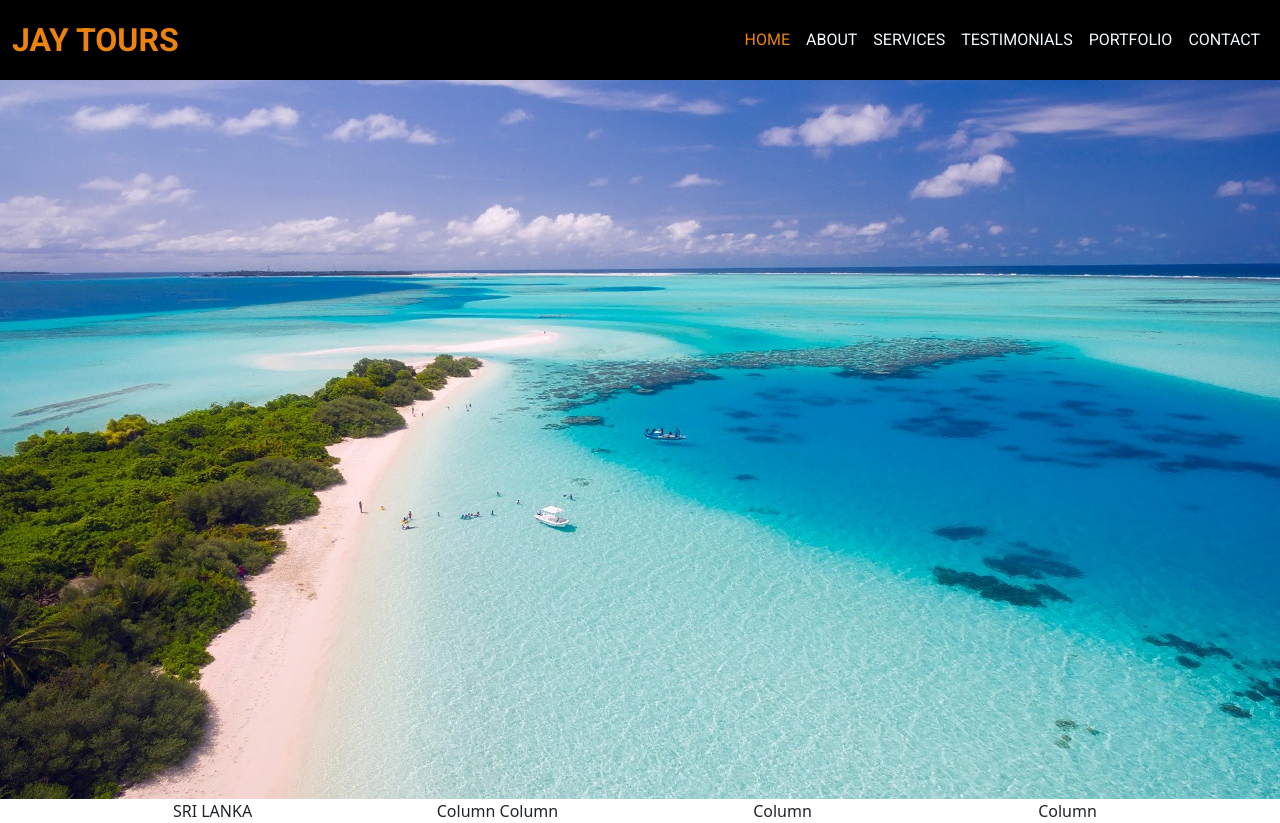
Repository: kasundiudn/Jay-Travel
Page: index.html
These files come from the project's save history. The page is drawn as it stood at one moment and after the next save; the edit follows.
The browser window is 1280 px wide. The pictures show the whole page.

Above is the page before, as saved 2025-06-26 10:09:45.

### index.html
<!doctype html>
<html lang="en">
  <head>
    <meta charset="utf-8">
    <meta name="viewport" content="width=device-width, initial-scale=1">
    <title>Bootstrap demo</title>
    <link rel="preconnect" href="https://fonts.googleapis.com">
    <link rel="preconnect" href="https://fonts.gstatic.com" crossorigin>
    <link href="https://fonts.googleapis.com/css2?family=Roboto:ital,wght@0,100..900;1,100..900&display=swap" rel="stylesheet">
    <link href="https://cdn.jsdelivr.net/npm/bootstrap@5.3.7/dist/css/bootstrap.min.css" rel="stylesheet" integrity="sha384-LN+7fdVzj6u52u30Kp6M/trliBMCMKTyK833zpbD+pXdCLuTusPj697FH4R/5mcr" crossorigin="anonymous">
  <style>
    header{  font-family: "Roboto", sans-serif;
           }
    .nav-link{
        color: aliceblue;
    }

  </style>
  </head>
  <body>
<header>
    <nav class="navbar navbar-expand-lg " style="background-color: black; height: 80px;">
  <div class="container-fluid">
    <a class="navbar-brand" href="#" style="color: #eb830c; font-weight: bold;  font-size:xx-large;">JAY TOURS</a>
    <button class="navbar-toggler" type="button" data-bs-toggle="collapse" data-bs-target="#navbarSupportedContent" aria-controls="navbarSupportedContent" aria-expanded="false" aria-label="Toggle navigation">
      <span class="navbar-toggler-icon"></span>
    </button>
    <div class="collapse navbar-collapse justify-content-end" id="navbarSupportedContent">
      <ul class="navbar-nav mb-2 mb-lg-0">
        <li class="nav-item">
          <a class="nav-link active" aria-current="page" href="#" style="color: #eb830c;">HOME</a>
        </li>
        <li class="nav-item">
          <a class="nav-link" href="#">ABOUT</a>
        </li>
         <li class="nav-item">
          <a class="nav-link" href="#">SERVICES</a>
        </li>
         <li class="nav-item">
          <a class="nav-link" href="#">TESTIMONIALS</a>
        </li>
         <li class="nav-item">
          <a class="nav-link" href="#">PORTFOLIO</a>
        </li>
         <li class="nav-item">
          <a class="nav-link" href="#">CONTACT</a>
        </li>
    </div>
  </div>
</nav>
</header>
<img src="main.jpg" alt="Beach image" style="width: 100%; height: auto;">

<div class="container text-center">
  <div class="row">
    <div class="col">
      SRI LANKA
    </div>
    <div class="col">
      Column
    </di
    <div class="col">
      Column
    </div>
    <div class="col">
      Column
    </div>
    <div class="col">
      Column
    </div>
  </div>
</div>

    <script src="https://cdn.jsdelivr.net/npm/@popperjs/core@2.11.8/dist/umd/popper.min.js" integrity="sha384-I7E8VVD/ismYTF4hNIPjVp/Zjvgyol6VFvRkX/vR+Vc4jQkC+hVqc2pM8ODewa9r" crossorigin="anonymous"></script>
<script src="https://cdn.jsdelivr.net/npm/bootstrap@5.3.7/dist/js/bootstrap.min.js" integrity="sha384-7qAoOXltbVP82dhxHAUje59V5r2YsVfBafyUDxEdApLPmcdhBPg1DKg1ERo0BZlK" crossorigin="anonymous"></script>
  </body>
</html>

After the next save:
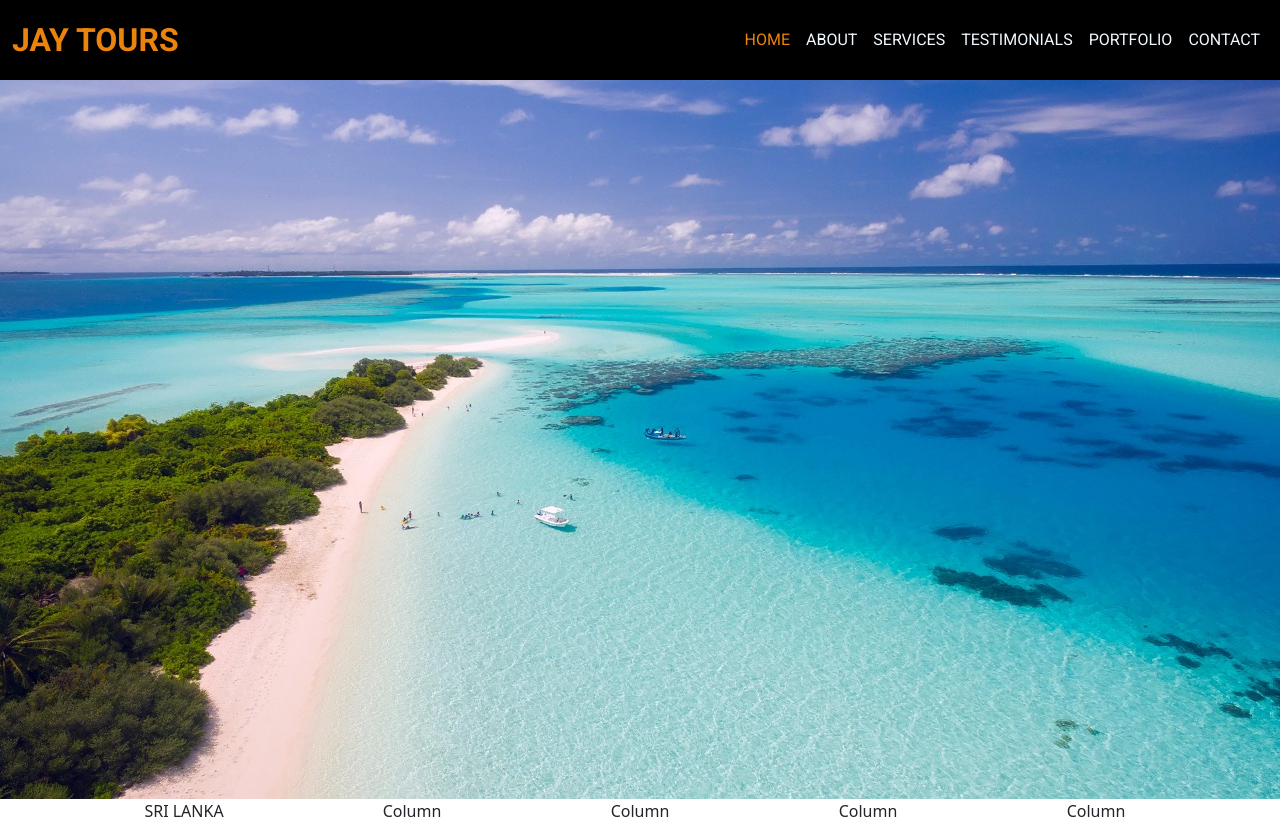
Saved 4 s later.
--- a/index.html
+++ b/index.html
@@ -58,7 +58,7 @@
     </div>
     <div class="col">
       Column
-    </di
+    </diV>
     <div class="col">
       Column
     </div>
